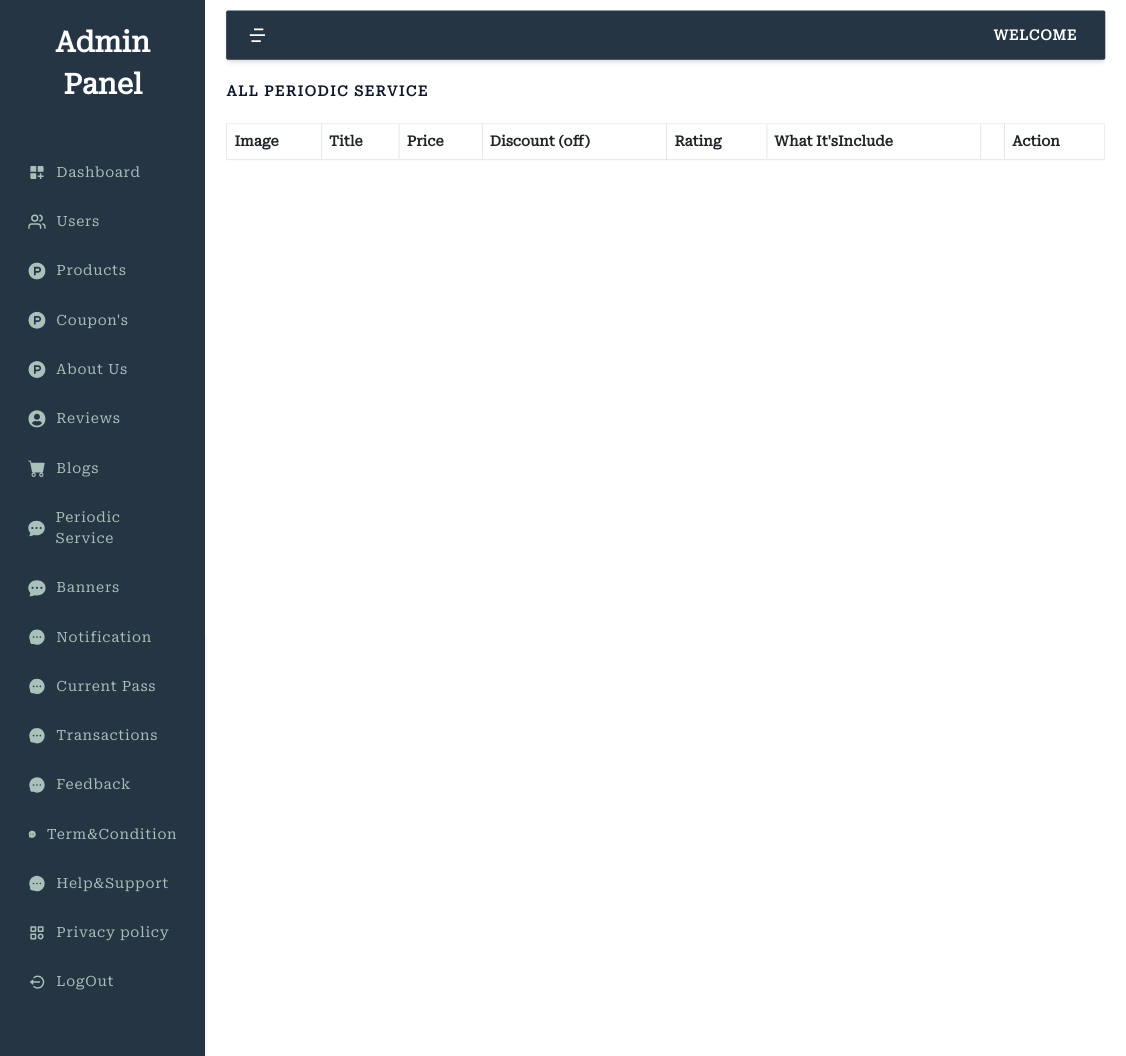
Repository: FlyweisReact/Arun-Chauhan
Page: /complaint
These files come from the project's save history. The page is drawn as it stood at one moment and after a run of saves; the edit follows.
The browser window is 1280 px wide. The pictures show the whole page, at 88% of full size.
Some web libraries are served in a nearby version. The project was rebuilt for these pictures with package versions that can differ from the ones it lists, and the page was loaded fresh each time. Also part of the build but not shown: src/components/forms/Login.jsx, src/components/layout/Navbar.jsx, src/components/layout/Sidebar.jsx, src/components/layout/HOC.jsx, src/components/pages/Dashboard.jsx, src/components/vendorPanel/components/pages/Message/Message.js, src/components/pages/UserKundli/UserKundli.jsx, src/components/pages/discount/Discount.jsx and 27 more.

Above is the page before, as saved 2023-03-14 15:06:32.

After the next 2 saves:
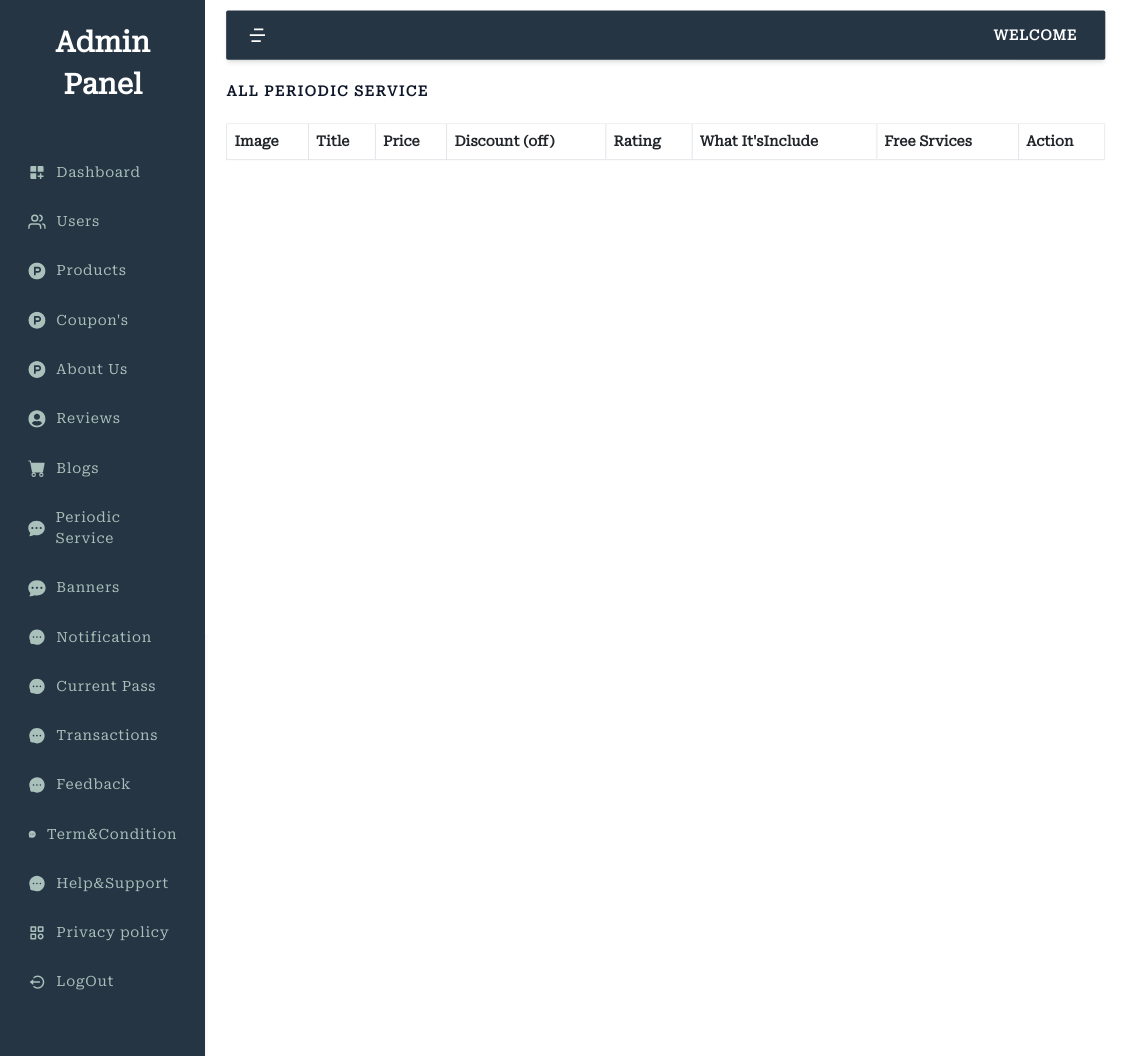
The 2 saves are shown as one change because they came seconds apart.
The last was saved 81 s later.
--- a/src/components/vendorPanel/components/pages/Complaint/Complaint.js
+++ b/src/components/vendorPanel/components/pages/Complaint/Complaint.js
@@ -75,7 +75,7 @@ const Complaint = () => {
                 <th> Discount (off)</th>
                 <th>Rating</th>
                 <th>What It'sInclude</th>
-                <th></th>
+                <th>Free Srvices</th>
                 <th>Action</th>
               </tr>
             </thead>
